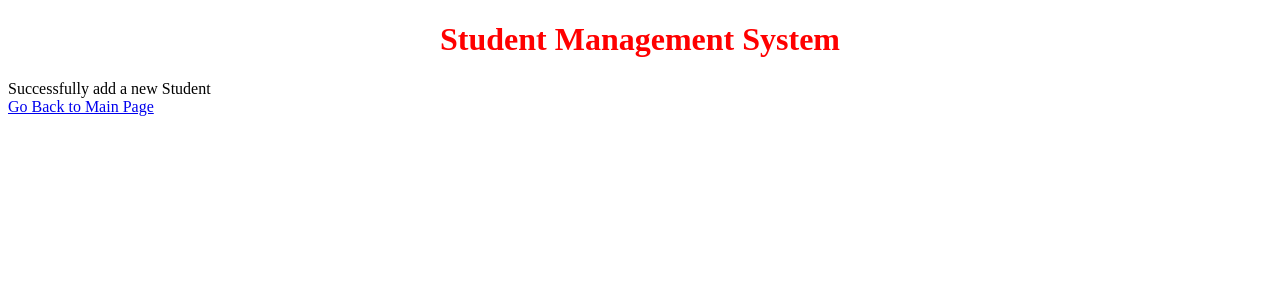
Repository: Aviligonda/Servlet_Programs
Page: http://localhost/StudentManagementSystem/addStudent.jsp
The author's editor kept a copy of each file at every save. The page is drawn from the files as they stood at one save, then again after the next save.
The browser window is 1280 px wide. The pictures show the whole page.
The page is served by Tomcat 9.

Above is the page before, as saved 2024-11-25 12:53:37.

After the next save:
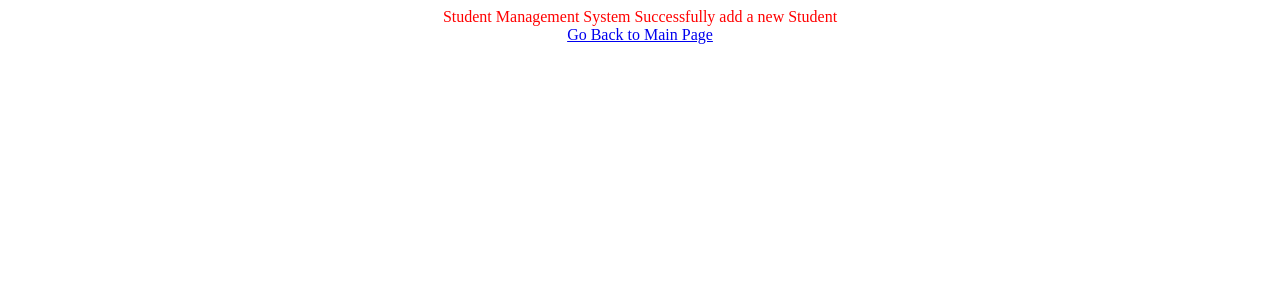
Saved 31 s later.
--- a/StudentManagementSystem/src/main/webapp/header.jsp
+++ b/StudentManagementSystem/src/main/webapp/header.jsp
@@ -8,7 +8,7 @@
 </head>
 <body>
 
-<h1 style="color:red;text-align:center "> Student Management System</h1>
+<header style="color:red;text-align:center "> Student Management System</h1>
 
 
 
